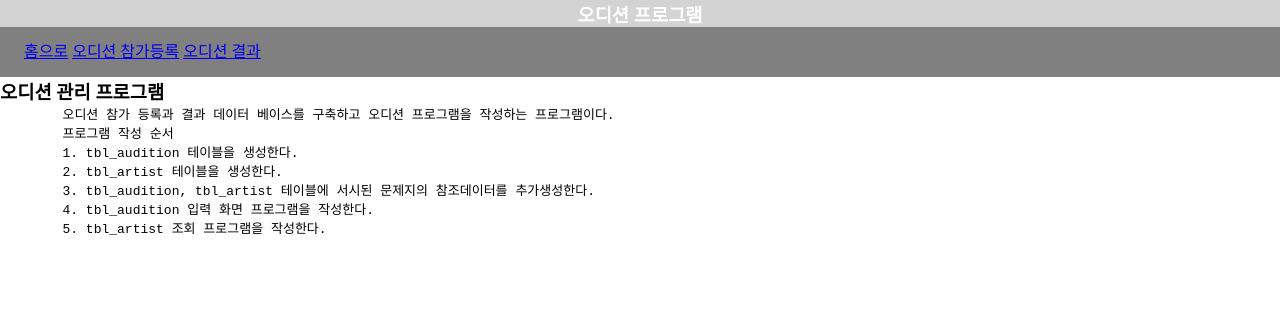
Repository: jieun000/Craftsman_Information_Processing
Page: http://localhost/Test/main.jsp
The author's editor kept a copy of each file at every save. The page is drawn from the files as they stood at one save, then again after the next save.
The browser window is 1280 px wide. The pictures show the whole page.
The page is served by Tomcat 9.

Above is the page before, as saved 2023-09-06 01:06:44.

### 02_study/Test/src/main/webapp/main.jsp
<%@ page language="java" contentType="text/html; charset=UTF-8"
    pageEncoding="UTF-8"%>
<!DOCTYPE html>
<html>
<head>
<meta charset="UTF-8">
<title>Insert title here</title>
<style type="text/css">
* { margin: 0; padding: 0; }
</style>
</head>
<body>
	<header style="background: lightgray; color: white; width: 100%; text-align: center;">
		<h3>오디션 프로그램</h3>
	</header>
	<nav style="background: gray; height: 50px; line-height: 50px;">
		&nbsp;&nbsp;&nbsp;&nbsp;&nbsp;
		<a href="main.jsp">홈으로</a>
		<a href="joinForm.jsp">오디션 참가등록</a>
		<a href="result.jsp">오디션 결과</a>
	</nav>
	<section>
		<h3>오디션 관리 프로그램</h3>
		<pre>
	오디션 참가 등록과 결과 데이터 베이스를 구축하고 오디션 프로그램을 작성하는 프로그램이다.
	프로그램 작성 순서
	1. tbl_audition 테이블을 생성한다.
	2. tbl_artist 테이블을 생성한다.
	3. tbl_audition, tbl_artist 테이블에 서시된 문제지의 참조데이터를 추가생성한다.
	4. tbl_audition 입력 화면 프로그램을 작성한다.
	5. tbl_artist 조회 프로그램을 작성한다.
		</pre>
	</section>
	<footer style="background: ligthgray; color: white; text-align: center; height: 100px; line-height: 100px; bottom: 0;">
		<p>
			HRDKOREA Copyright&copy;2016 All rights reserved. Human Resources Development Service of Korea
		</p>
	</footer>
</body>
</html>

After the next save:
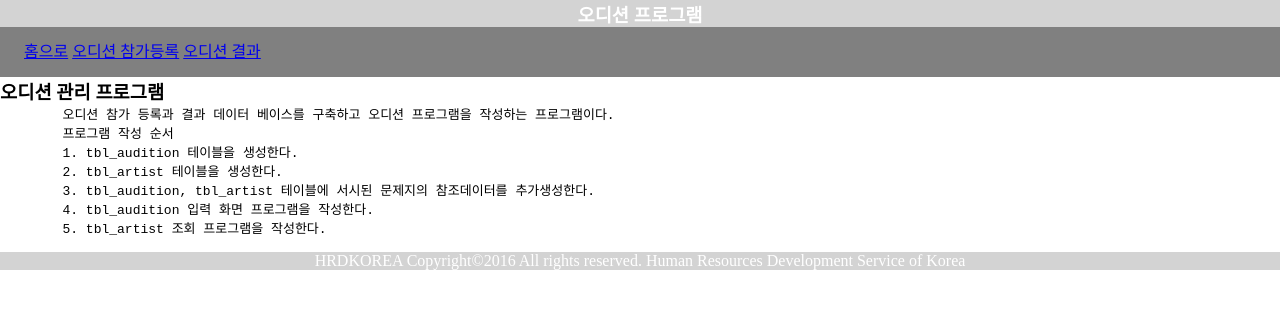
Saved 8 s later.
--- a/02_study/Test/src/main/webapp/main.jsp
+++ b/02_study/Test/src/main/webapp/main.jsp
@@ -31,7 +31,7 @@
 	5. tbl_artist 조회 프로그램을 작성한다.
 		</pre>
 	</section>
-	<footer style="background: ligthgray; color: white; text-align: center; height: 100px; line-height: 100px; bottom: 0;">
+	<footer style="background: lightgray; color: white; width: 100%; text-align: center;">
 		<p>
 			HRDKOREA Copyright&copy;2016 All rights reserved. Human Resources Development Service of Korea
 		</p>
